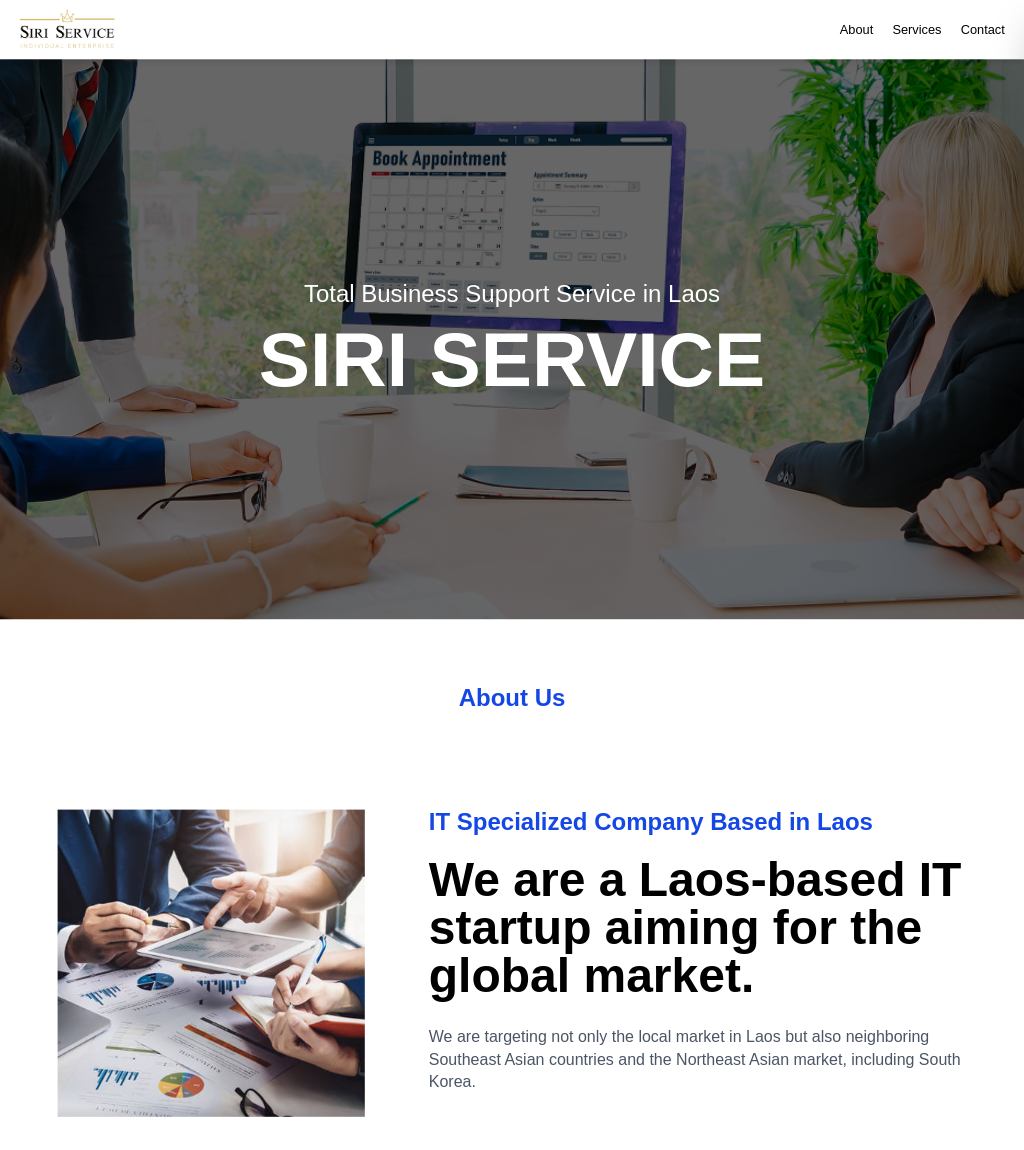
Repository: Phailin-teamplate/siri-service-web
Page: /
These files come from the project's save history. The page is drawn as it stood at one moment and after the next save; the edit follows.
The browser window is 1280 px wide. The pictures show the whole page, at 80% of full size.
The project was rebuilt for these pictures with package versions that can differ from the ones it lists, and the page was loaded fresh each time. The framework's server and built-in components were replaced by stand-ins that run in the browser. Also part of the build but not shown: next.config.ts.

Above is the page before, as saved 2025-07-02 14:15:16.

### src/app/layout.tsx
"use client";

import React, { useState, useEffect } from "react";
import { ArrowUpIcon } from "@heroicons/react/24/solid"; // Importing the arrow icon
// import { Geist, Geist_Mono } from "next/font/google";
// import { Inter, Noto_Sans_Lao } from "next/font/google";
import "./globals.css";
import Navbar from "@/src/components/navbar";

// const inter = Inter({ subsets: ["latin"] });
// const notoSansLao = Noto_Sans_Lao({ subsets: ["lao"] });

// const geistSans = Geist({
//   variable: "--font-geist-sans",
//   subsets: ["latin"],
// });
// const geistMono = Geist_Mono({
//   variable: "--font-geist-mono",
//   subsets: ["latin"],
// });

export default function RootLayout({
  children,
}: Readonly<{
  children: React.ReactNode;
}>) {
  const [isVisible, setIsVisible] = useState(false);

  // Detect scroll position and show button when scrolling down
  const handleScroll = () => {
    if (window.scrollY > 300) {
      setIsVisible(true);
    } else {
      setIsVisible(false);
    }
  };

  useEffect(() => {
    window.addEventListener("scroll", handleScroll);
    return () => {
      window.removeEventListener("scroll", handleScroll);
    };
  }, []);

  const scrollToTop = () => {
    window.scrollTo({ top: 0, behavior: "smooth" });
  };

  return (
    <html lang="en">
      {/* <body
        className={`${geistSans.variable} ${geistMono.variable} ${inter.className}  ${notoSansLao.className} antialiased`}
      > */}
      <body className="bg-white">
        <Navbar />
        {children}
        {/* <Footer /> */}

        {/* Popup Button with Icon for Scrolling to Top */}
        {isVisible && (
          <button
            onClick={scrollToTop}
            className="fixed bottom-2 right-5 md:bottom-5 md:right-10 bg-blue-500 text-white p-2 md:p-4 rounded-full shadow-lg hover:bg-blue-600 focus:outline-none transition-transform transform hover:scale-110"
          >
            {/* Heroicon Arrow Up Icon */}
            <ArrowUpIcon className="h-5 w-5 md:h-6 md:w-6" />
          </button>
        )}
      </body>
    </html>
  );
}

### src/app/page.tsx
import React from "react";
import Homepage from "@/src/components/Homepage";
import About from "@/src/components/About";

export const metadata = {
  title: "About | TEAMPLATE",
  description:
    "Learn about TEAMPLATE — our story, mission, team, and values that drive our innovation.",
  keywords: ["teamplate", "about", "our story", "mission", "values", "team"],
  openGraph: {
    title: "About | TEAMPLATE",
    description:
      "Discover TEAMPLATE's story, mission, and the people behind our success.",
    url: "https://yourdomain.com/about",
    siteName: "TEAMPLATE",
    images: [
      {
        url: "https://yourdomain.com/images/about-og.jpg", // ✅ Replace with actual path
        width: 1200,
        height: 630,
        alt: "About TEAMPLATE",
      },
    ],
    locale: "en_US",
    type: "website",
  },
};

export default function Home() {
  return (
    <section className="w-full" id="about">
      <Homepage/>
      <About/>
    </section>
  );
}

### src/components/navbar.tsx
import { useState, useCallback, useEffect } from "react";
import Image from "next/image";
import { Menu, X } from "lucide-react";
import Logo from "@/public/logo/Siri Service.png";

export default function Navbar() {
  const [isOpen, setIsOpen] = useState(false);

  // Function for smooth scrolling
  const handleSmoothScroll = useCallback((targetId: string) => {
    setIsOpen(false); // Close the sidebar

    if (targetId === "/") {
      window.scrollTo({ top: 0, behavior: "smooth" });
    } else {
      const targetElement = document.querySelector(targetId);
      if (targetElement) {
        targetElement.scrollIntoView({ behavior: "smooth" });
      }
    }
  }, []);

  const [isScrolled, setIsScrolled] = useState(false);

  // Detect scroll to change navbar background
  useEffect(() => {
    const handleScroll = () => {
      const scrollTop = window.scrollY;
      setIsScrolled(scrollTop > 10); // Trigger when scrolled 10px
    };

    window.addEventListener("scroll", handleScroll);

    return () => window.removeEventListener("scroll", handleScroll);
  }, []);

  return (
    <div className="w-full sticky top-0 z-50 bg-white shadow-md">
      <nav className="flex items-center justify-between px-6 py-3">
        {/* Logo */}
        <button
          onClick={() => handleSmoothScroll("/")}
          className="p-0 border-none bg-transparent active:opacity-80"
        >
          <Image
            className="w-20 sm:w-20 md:w-30 lg:w-30 xl:w-30 2xl:w-30 h-auto"
            src={Logo}
            alt="Appstore"
            priority
          />
        </button>

        {/* Desktop Links */}
        <div className="hidden md:flex gap-6">
          <button
            onClick={() => handleSmoothScroll("#about")}
            className="hover:text-blue-600 hover:underline transition-colors text-black duration-200 cursor-pointer"
          >
            About
          </button>
          <button
            onClick={() => handleSmoothScroll("#services")}
            className="hover:text-blue-600 hover:underline transition-colors text-black duration-200 cursor-pointer"
          >
            Services
          </button>
          <button
            onClick={() => handleSmoothScroll("#contact")}
            className="hover:text-blue-600 hover:underline transition-colors text-black duration-200 cursor-pointer"
          >
            Contact
          </button>
        </div>

        {/* Mobile Menu Button */}
        <button
          className="md:hidden focus:outline-none"
          onClick={() => setIsOpen(!isOpen)}
          aria-label="Toggle Menu"
        >
          {isOpen ? <X size={28} /> : <Menu size={28} />}
        </button>
      </nav>

      {/* Overlay (Closes menu when clicked) */}
      {isOpen && (
        <div
          className="fixed inset-0 z-40"
          onClick={() => setIsOpen(false)}
        ></div>
      )}

      {/* Mobile Sidebar */}
      <div
        className={`fixed top-0 right-0 h-full w-64 bg-white shadow-2xl p-6 flex flex-col transition-transform ${
          isOpen ? "translate-x-0" : "translate-x-full"
        } duration-300 ease-in-out z-50`}
      >
        {/* Sidebar Header */}
        <div className="flex justify-between items-center pb-4 mt-1">
          <h3 className="text-black text-2xl font-semibold">Menu</h3>
          <button
            className="text-black text-3xl font-bold focus:outline-none"
            onClick={() => setIsOpen(false)}
            aria-label="Close Menu"
          >
            <X size={28} />
          </button>
        </div>

        {/* Sidebar Links */}
        <div className="flex flex-col items-start gap-4 pb-4">
          <button
            onClick={() => handleSmoothScroll("#about")}
            className="hover:text-blue-600 hover:underline transition-colors duration-200 cursor-pointer"
          >
            About
          </button>
          <button
            onClick={() => handleSmoothScroll("#services")}
            className="hover:text-blue-600 hover:underline transition-colors duration-200 cursor-pointer"
          >
            Services
          </button>
          <button
            onClick={() => handleSmoothScroll("#contact")}
            className="hover:text-blue-600 hover:underline transition-colors duration-200 cursor-pointer"
          >
            Contact
          </button>
        </div>
      </div>
    </div>
  );
}

### src/components/Homepage.tsx
import Image from "next/image";
import BgSiri from "@/public/bg-siri.png";
import type { Metadata } from "next";

export const metadata: Metadata = {
  title: "SiriService | About Us",
  description: "We are a Laos-based IT startup aiming for the global market.",
};

export default function Homepage() {
  return (
    <div className="flex flex-col ">
      <div className="flex justify-center">
        <div className="relative w-full h-[400px] xs:h-[600px] sm:h-[650px] md:h-[700px] lg:h-[700px]">
          {/* Background Image */}
          <Image src={BgSiri} alt="StartUp" fill className="object-cover" />

          {/* Gradient Overlay */}
          <div className="absolute inset-0 bg-black/60 z-10" />

          {/* Centered Content */}
          <div className="absolute inset-0 z-20 flex flex-col items-center justify-center text-center px-4">
            <div className="mb-4 sm:mb-4">
              <p className="text-white text-sm xs:text-base sm:text-xl md:text-3xl font-medium">
                Total Business Support Service in Laos
              </p>
            </div>
            <h1 className="text-white text-4xl xs:text-5xl sm:text-6xl md:text-7xl lg:text-8xl font-bold">
              SIRI SERVICE
            </h1>
          </div>
        </div>
      </div>


    </div>
  );
}

### src/components/About.tsx
import Image from "next/image";

import AboutSV from "@/public/About.png";

import type { Metadata } from "next";

export const metadata: Metadata = {
  title: "Teamplate",
  description: "We are a Laos-based IT startup aiming for the global market.",
};

export default function About() {
  return (
    <div className="w-full">
      <div className="flex justify-center md:py-20 text-center md:text-left">
        <p className="text-2xl md:text-3xl font-semibold text-blue-700">
          About Us
        </p>
      </div>
      <div className="flex flex-col px-6 md:px-12 py-10 md:py-10">
        <section
          className="flex flex-col md:flex-row items-center justify-center gap-10 md:gap-20 md:scroll-mt-30 scroll-mt-23" // Added scroll margin
          id="about"
        >
          {/* Image Section */}
          <div className="relative w-80 h-80 md:w-96 md:h-96">
            <Image src={AboutSV} alt="About" fill className="object-cover" />
          </div>
          {/* Text Section */}
          <div className="w-full max-w-2xl text-center md:text-left">
            <p className="text-2xl md:text-3xl font-semibold text-blue-700 mb-4 md:mb-6">
              IT Specialized Company Based in Laos
            </p>
            <h1 className="text-black text-4xl md:text-6xl font-bold mb-6 md:mb-8">
              We are a Laos-based IT startup aiming for the global market.
            </h1>
            <p className="text-lg sm:text-xl text-gray-600 mb-6 md:mb-8">
              We are targeting not only the local market in Laos but also
              neighboring Southeast Asian countries and the Northeast Asian
              market, including South Korea.
            </p>
          </div>
        </section>
      </div>
    </div>
  );
}

Loaded but not shown: src/app/globals.css (common file)

After the next save:
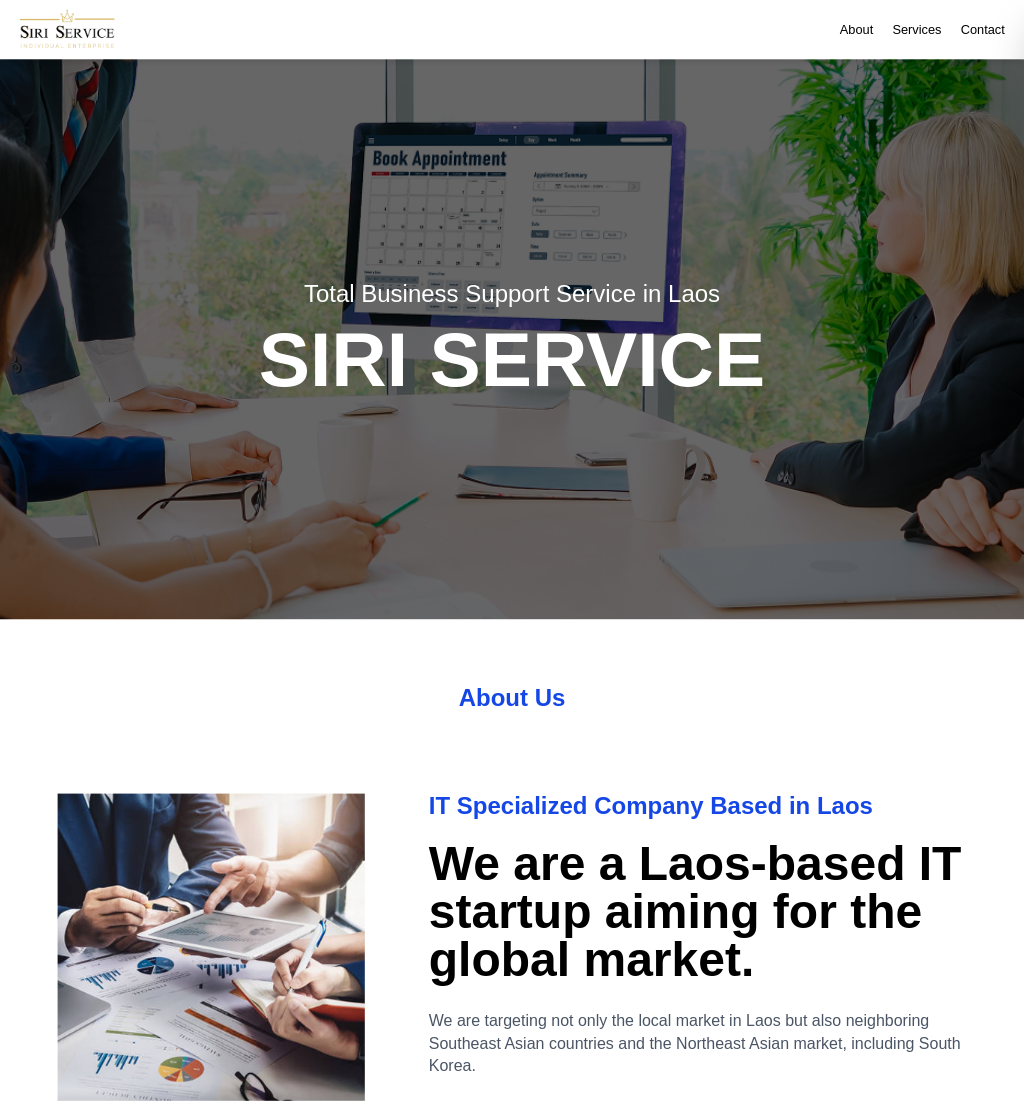
Saved 9 s later.
--- a/src/components/About.tsx
+++ b/src/components/About.tsx
@@ -17,7 +17,7 @@
           About Us
         </p>
       </div>
-      <div className="flex flex-col px-6 md:px-12 py-10 md:py-10">
+      <div className="flex flex-col px-6 md:px-12 py-5 md:py-5">
         <section
           className="flex flex-col md:flex-row items-center justify-center gap-10 md:gap-20 md:scroll-mt-30 scroll-mt-23" // Added scroll margin
           id="about"
